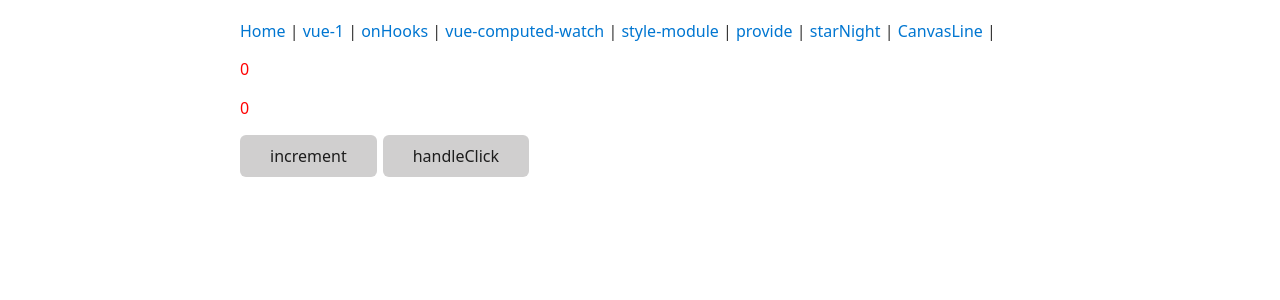
Repository: 596178924/vue3-ts-html
Page: /
An editor plug-in stored every save of this project. The page is shown before and after the next save, followed by the edit.
The browser window is 1280 px wide. The pictures show the whole page.
The project was rebuilt for these pictures with package versions that can differ from the ones it lists, and the page was loaded fresh each time. Also part of the build but not shown: vue.config.js.

Above is the page before, as saved 2022-02-15 16:03:56.

### public/index.html
<!DOCTYPE html>
<html lang="">
  <head>
    <meta charset="utf-8">
    <meta http-equiv="X-UA-Compatible" content="IE=edge">
    <meta name="viewport" content="width=device-width,initial-scale=1.0">
	<link rel="stylesheet" href="https://cdn.jsdelivr.net/npm/water.css@2/out/water.css">
    <link rel="icon" href="<%= BASE_URL %>favicon.ico">
    <title><%= htmlWebpackPlugin.options.title %></title>
  </head>
  <body>
    <noscript>
      <strong>We're sorry but <%= htmlWebpackPlugin.options.title %> doesn't work properly without JavaScript enabled. Please enable it to continue.</strong>
    </noscript>
    <div id="app"></div>
    <!-- built files will be auto injected -->
  </body>
</html>

### src/main.ts
import { createApp } from 'vue';
import App from './App.vue';
import router from './router';
import { createPinia } from 'pinia'
const app = createApp(App);
app.use(createPinia());
app.use(router);
app.mount('#app');

### src/App.vue
<template>
  <div id="nav">
    <router-link to="/">Home</router-link> |
    <router-link to="/vue-1">vue-1</router-link> |
    <router-link to="/onHooks">onHooks</router-link> |
    <router-link to="/vue-computed-watch">vue-computed-watch</router-link> |
    <router-link to="/style-module">style-module</router-link> |
    <router-link to="/provide">provide</router-link> |
    <router-link to="/starNight">starNight</router-link> |
    <router-link to="/CanvasLine">CanvasLine</router-link> |

  </div>
  <router-view/>
</template>

<style lang="scss">

</style>

### src/router/index.ts
import { createRouter, createWebHashHistory, RouteRecordRaw } from 'vue-router';

const routes: Array<RouteRecordRaw> = [
	{
		path: '/',
		name: 'Home',
		component: () => import('@/views/Home.vue')
	},
	{
		path: '/vue-1',
		name: 'vue-1',
		component: () => import('@/views/vue-1.vue')
	},
	{
		path: '/onHooks',
		name: 'onHooks',
		component: () => import('@/views/onHooks.vue')
	},
	{
		path: '/vue-computed-watch',
		name: 'vue-computed-watch',
		component: () => import('@/views/vue-computed-watch.vue')
	},
	{
		path: '/style-module',
		name: 'style-module',
		component: () => import('@/views/style-module.vue')
	},
	{
		path: '/provide',
		name: 'provide',
		component: () => import('@/views/provide.vue')
	},
	{
		path: '/starNight',
		name: 'starNight',
		component: () => import('@/views/starNight.vue')
	},
	{
		path: '/CanvasLine',
		name: 'CanvasLine',
		component: () => import('@/views/CanvasLine.vue')
	},

];

const router = createRouter({
	history: createWebHashHistory(),
	routes
});

export default router;

### src/views/Home.vue
<template>
	<div class="home">
		<p class="red">{{ useStoreCounter.counter }}</p>
		<p class="red">{{ useStoreCounter.doubleCounter }}</p>
		<button @click="useStoreCounter.increment">increment</button>
		<button @click="handleClick">handleClick</button>
	</div>
</template>

<script setup lang="ts" >
import { UseStoreCounter } from "@/PiniaStore/counter"
import { ref } from "vue";
const useStoreCounter = UseStoreCounter()
console.log(useStoreCounter)
// let counter = ref(0);

function handleClick() {
	// useStoreCounter.counter++;
	// useStoreCounter.counter += 5;
	// useStoreCounter.$patch({
	// 	counter: useStoreCounter.counter + 5
	// })
	useStoreCounter.$patch((state) => {
		state.counter += 5
	});
	console.log("useStoreCounter.counter", useStoreCounter.counter)
}
</script>
<style lang="scss" scoped>
.red {
	color: #ff0000;
}
</style>

### src/PiniaStore/counter.ts
import { defineStore } from "pinia"

export const UseStoreCounter = defineStore('counter', {
	state: () => ({
		counter: 0,
		name: 'pinia',
		isAdmin: true
	}),
	getters:{
		doubleCounter:({counter})=> counter * 2
	},
	actions:{
		increment() {
			this.counter++;
			console.log("UseStoreCounter increment",this.counter)
		},
		randomizeCounter() {
			this.counter = Math.round(100 * Math.random())
		}
	}
})

After the next save:
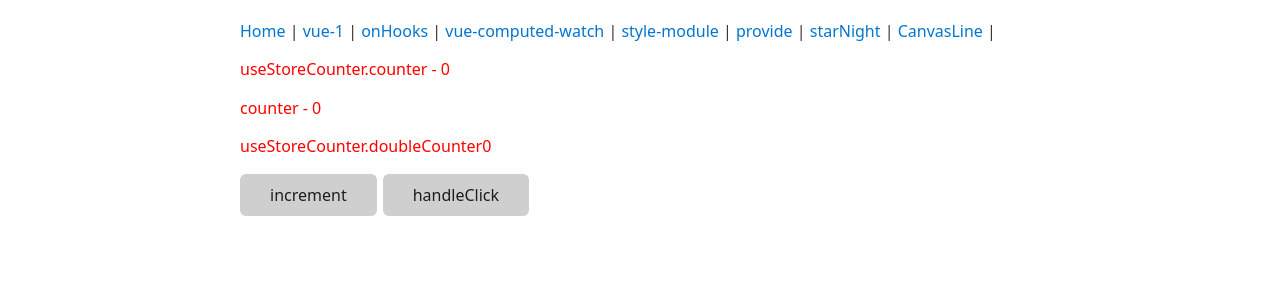
Saved 108 s later.
--- a/src/views/Home.vue
+++ b/src/views/Home.vue
@@ -1,7 +1,8 @@
 <template>
 	<div class="home">
-		<p class="red">{{ useStoreCounter.counter }}</p>
-		<p class="red">{{ useStoreCounter.doubleCounter }}</p>
+		<p class="red">{{ 'useStoreCounter.counter - ' + useStoreCounter.counter }}</p>
+		<p class="red">{{ 'counter - ' + counter }}</p>
+		<p class="red">{{ 'useStoreCounter.doubleCounter' + useStoreCounter.doubleCounter }}</p>
 		<button @click="useStoreCounter.increment">increment</button>
 		<button @click="handleClick">handleClick</button>
 	</div>
@@ -13,6 +14,7 @@ import { ref } from "vue";
 const useStoreCounter = UseStoreCounter()
 console.log(useStoreCounter)
 // let counter = ref(0);
+const { counter } = useStoreCounter;
 
 function handleClick() {
 	// useStoreCounter.counter++;
